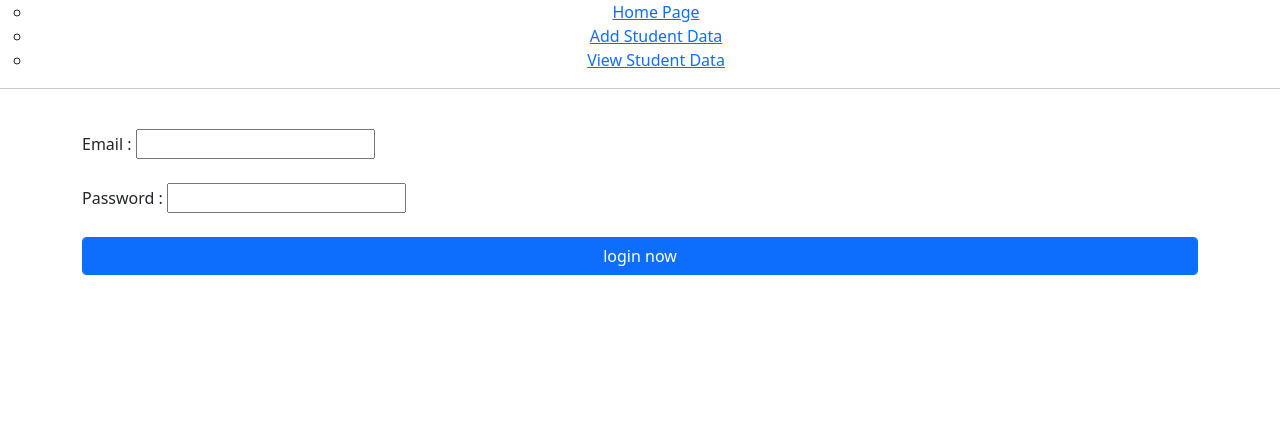
Repository: KrishMoradiya/Aixtor-Training-Projects-Backup
Page: http://localhost/CRUD_Student/Signin.jsp
An editor plug-in stored every save of this project. The page is shown before and after the next save, followed by the edit.
The browser window is 1280 px wide. The pictures show the whole page.
The page is served by Tomcat 10. Nobody is signed in. The application's start-up code is not run. Other server files are loaded and not shown.

Above is the page before, as saved 2023-12-23 06:44:52.

### Workspace - Eclipse Enterprise Edition/CRUD_Student/src/main/webapp/Signin.jsp
<%@ page language="java" contentType="text/html; charset=UTF-8"
    pageEncoding="UTF-8"%>
<!DOCTYPE html PUBLIC "-//W3C//DTD HTML 4.01 Transitional//EN" "http://www.w3.org/TR/html4/loose.dtd">
<html>
<head>
<meta http-equiv="Content-Type" content="text/html; charset=UTF-8">
<title>Signin Page</title>
<script type="text/javascript" src="FormValidation.js"></script>
</head>
<body>
<jsp:include page="header.jsp"></jsp:include>
	<div class="container">
		<form action="Login" name="loginForm" method="Post">

			Email : <input type="email" name="email" /> <br /> <br />
			Password : <input type="password" name="password" /> <br /> <br />
			<input type="submit" class="form-control btn btn-primary" value="login now" onclick="return signInValidate();">
		</form>
	</div>
</body>
</html>

### Workspace - Eclipse Enterprise Edition/CRUD_Student/src/main/webapp/header.jsp
<%@page import="com.Classes.AuthUser"%>
<%@ page language="java" contentType="text/html; charset=UTF-8"
    pageEncoding="UTF-8"%>
<!DOCTYPE html PUBLIC "-//W3C//DTD HTML 4.01 Transitional//EN" "http://www.w3.org/TR/html4/loose.dtd">
<html>
<head>
<meta http-equiv="Content-Type" content="text/html; charset=UTF-8">
<title>Insert title here</title>
<link href="https://cdn.jsdelivr.net/npm/bootstrap@5.0.2/dist/css/bootstrap.min.css" rel="stylesheet" integrity="sha384-EVSTQN3/azprG1Anm3QDgpJLIm9Nao0Yz1ztcQTwFspd3yD65VohhpuuCOmLASjC" crossorigin="anonymous">
</head>
<body>
	<center>
		<ul type="circle">
			<li><a href="index.jsp">Home Page</a></li>
			<li><a href="Register.jsp">Add Student Data</a></li>
			<li><a href="/CRUD_Student/GetStudentData">View Student Data</a></li>

		</ul>
		<hr><br>
	</center>
</body>
</html>

### Workspace - Eclipse Enterprise Edition/CRUD_Student/src/main/webapp/FormValidation.js
function signInValidate(){
	let loginForm = document.loginForm;
	let username = loginForm.email;
	let password = loginForm.password;
	if(username.value == ""){
		alert("Enter Username...");
		username.focus();
		return false
	}
	if(password.value == ""){
		alert("Enter Password...");
		password.focus();
		return false
	}
}

function editFormValidation(){
	let editForm = document.editForm;
	let name = editForm.name;
	let email = editForm.email;
	let password = editForm.password;
	let gender = editForm.gender;
	let mobile = editForm.mobile;
	if(name.value == ""){
		alert("Enter Name...");
		username.focus();
		return false
	}
	if(email.value == ""){
		alert("Enter Email...");
		username.focus();
		return false
	}
	if(mobile.value == ""){
		alert("Enter Mobile Number...");
		username.focus();
		return false
	}
	if(gender.value == ""){
		alert("Enter Gender...");
		username.focus();
		return false
	}
	if(password.value == ""){
		alert("Enter Password...");
		username.focus();
		return false
	}
}

function registerFormValidation(){
	let registerForm = document.registerForm;
	let name = registerForm.name;
	let email = registerForm.email;
	let password = registerForm.password;
	let gender = registerForm.gender;
	let mobile = registerForm.mobile;
	if(name.value == ""){
		alert("Enter Name...");
		username.focus();
		return false
	}
	if(email.value == ""){
		alert("Enter Email...");
		username.focus();
		return false
	}
	if(mobile.value == ""){
		alert("Enter Mobile Number...");
		username.focus();
		return false
	}
	if(gender.value == ""){
		alert("Enter Gender...");
		username.focus();
		return false
	}
	if(password.value == ""){
		alert("Enter Password...");
		username.focus();
		return false
	}
}

After the next save:
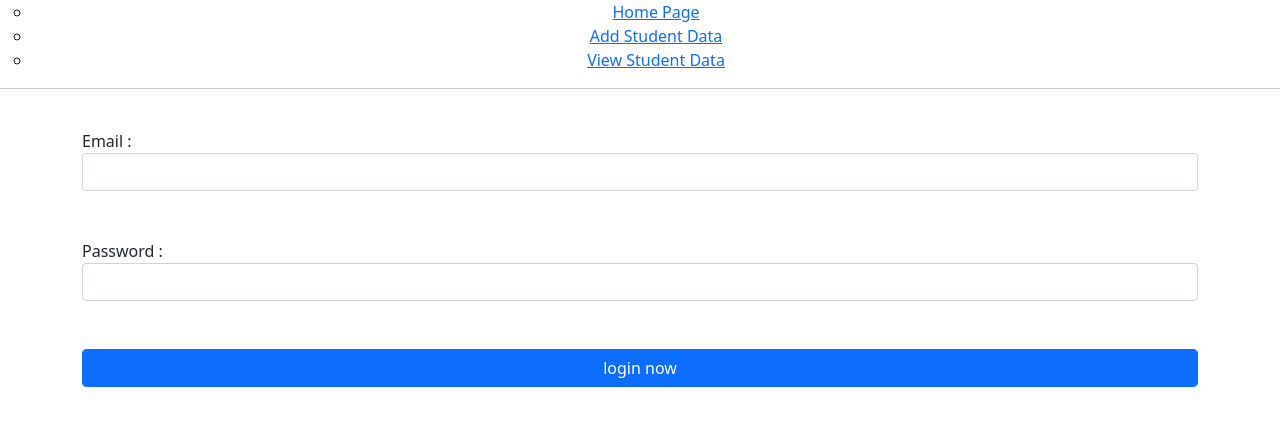
Saved 18 s later.
--- a/Workspace - Eclipse Enterprise Edition/CRUD_Student/src/main/webapp/Signin.jsp
+++ b/Workspace - Eclipse Enterprise Edition/CRUD_Student/src/main/webapp/Signin.jsp
@@ -12,8 +12,8 @@
 	<div class="container">
 		<form action="Login" name="loginForm" method="Post">
 
-			Email : <input type="email" name="email" /> <br /> <br />
-			Password : <input type="password" name="password" /> <br /> <br />
+			Email : <input class="form-control" type="email" name="email" /> <br /> <br />
+			Password : <input class="form-control" type="password" name="password" /> <br /> <br />
 			<input type="submit" class="form-control btn btn-primary" value="login now" onclick="return signInValidate();">
 		</form>
 	</div>
